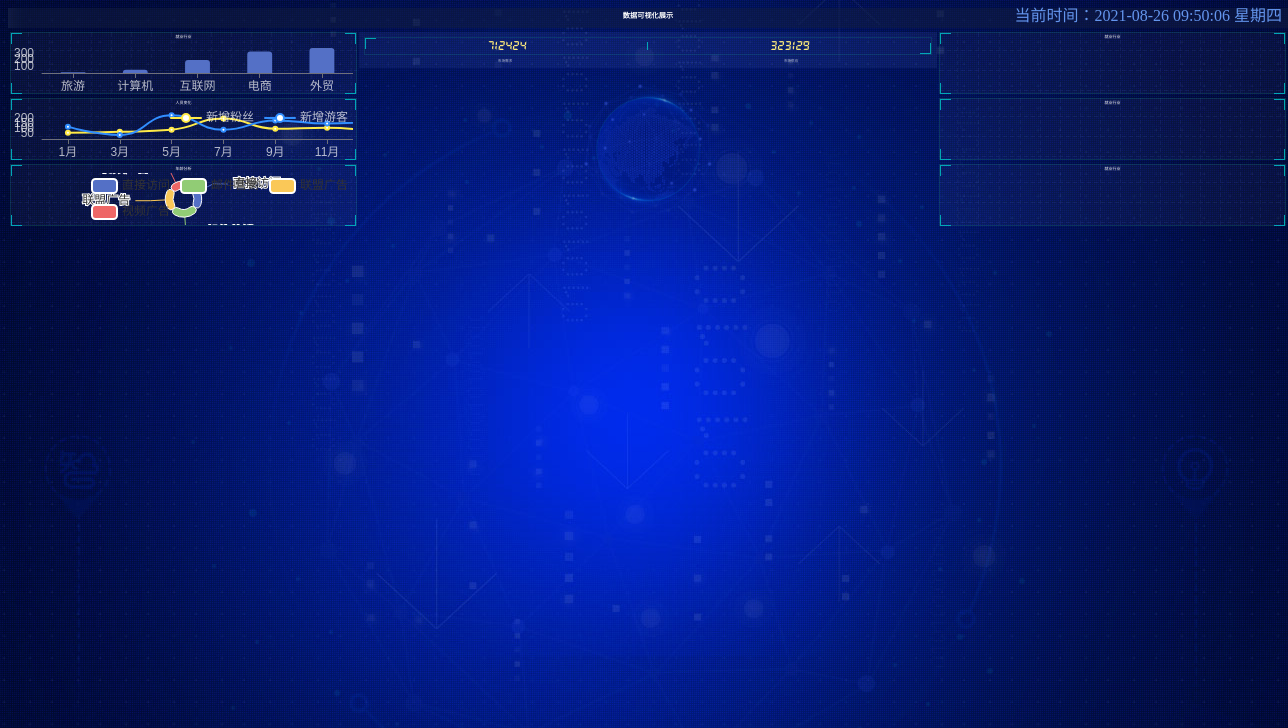
Repository: jiang-1990/DataVM
Page: /
These files come from the project's save history. The page is drawn as it stood at one moment and after the next save; the edit follows.
The browser window is 1280 px wide. The page is 1288 px wide, so the pictures cover 1288 px, including what lies to the right of the window. The pictures show the whole page.
The project was rebuilt for these pictures with package versions that can differ from the ones it lists, and the page was loaded fresh each time.

Above is the page before, as saved 2021-08-27 15:18:51.

### index.html
<!DOCTYPE html>
<html>
  <head>
    <meta charset="utf-8">
    <meta name="viewport" content="width=device-width,initial-scale=1.0">
    <title>mydatam</title>
  </head>
  <body>
    <div id="app"></div>
    <!-- built files will be auto injected -->
  </body>
</html>

### src/main.js
// The Vue build version to load with the `import` command
// (runtime-only or standalone) has been set in webpack.base.conf with an alias.
import Vue from 'vue'
import App from './App'
import router from './router'
import 'lib-flexible/flexible.js'
//声明字体
import './font/font.css'

Vue.config.productionTip = false

/* eslint-disable no-new */
new Vue({
  el: '#app',
  router,
  components: { App },
  template: '<App/>'
})

### src/App.vue
<template>
  <div id="app">
    <router-view/>
  </div>
</template>

<script>
export default {
  name: 'App'
}
</script>

<style>
body{
  background-image: url('assets/bg.jpg') ;
  background-Repeat : 'no-repeat';
  background-Size : '100% 100%';
  background-position: center;/* 背景图随屏幕尺寸变化 背景图两边隐藏 图片不压缩 */
}
html,body {
  width: 100%;
  height: 100%;
}

</style>

### src/router/index.js
import Vue from 'vue'
import Router from 'vue-router'
import bigScreen from '@/components/bigScreen'

Vue.use(Router)

export default new Router({
  routes: [
    {
      path: '/',
      name: 'bigScreen',
      component: bigScreen
    }
  ]
})

### src/font/font.css
 /* 声明字体 */
@font-face {
    font-family: 'electronicFont';
    src: url(./DS-DIGIT.ttf);
}

### src/components/bigScreen.vue
<template>
  <div>
    <div class="top">
      <h1>数据可视化展示</h1>
      <span class="time">当前时间：{{ date | dateFormat }}</span>
    </div>
    <div class="mainBox">
      <div class="culonm">
        <div class="panl bar">
          <h2>就业行业</h2>
          <div class="chart" id="bar_l"></div>
          <div class="zhuanjiao"></div>
        </div>

        <div class="panl line">
          <h2>人员变化</h2>
          <div class="chart" id="line_l"></div>
          <div class="zhuanjiao"></div>
        </div>

        <div class="panl pie">
          <h2>年龄分析</h2>
          <div class="chart" id="pie_l"></div>
          <div class="zhuanjiao"></div>
        </div>
      </div>
      <div class="culonm">
        <div class="num">
          <div class="num-hd">
            <ul>
              <li>712424</li>
              <li>323129</li>
            </ul>
          </div>
          <div class="num-bd">
            <ul>
              <li>市场需求</li>
              <li>市场供应</li>
            </ul>
          </div>
        </div>
        <div class="map">
          <div class="map1"></div>
          <div class="map2"></div>
          <div class="map3"></div>
          <div class="chart"></div>
        </div>
      </div>
      <div class="culonm">
        <div class="panl bar">
          <h2>就业行业</h2>
          <div class="chart"></div>
          <div class="zhuanjiao"></div>
        </div>

        <div class="panl line">
          <h2>就业行业</h2>
          <div class="chart"></div>
          <div class="zhuanjiao"></div>
        </div>

        <div class="panl pie">
          <h2>就业行业</h2>
          <div class="chart"></div>
          <div class="zhuanjiao"></div>
        </div>
      </div>
    </div>
    <!-- <div id="myChart" style="width:1920px; height: 400px;"></div> -->
  </div>
</template>

<script>
// 引入echarts
var echarts = require("echarts");
export default {
  data() {
    return {
      date: new Date(), //当前日期
    };
  },
  // 定义一个局部的过滤器，格式化当前时间
  filters: {
    dateFormat: (dateTime) => {
      var now = new Date(dateTime);
      var y = now.getFullYear();
      var m = (now.getMonth() + 1).toString().padStart(2, "0");
      var d = now.getDate().toString().padStart(2, "0");
      var hh = now.getHours().toString().padStart(2, "0");
      var mm = now.getMinutes().toString().padStart(2, "0");
      var ss = now.getSeconds().toString().padStart(2, "0");
      let week = now.getDay(); // 星期
      let weekArr = [
        "星期日",
        "星期一",
        "星期二",
        "星期三",
        "星期四",
        "星期五",
        "星期六",
      ];
      // 过滤器中要有返回值
      return `${y}-${m}-${d} ${hh}:${mm}:${ss} ${weekArr[week]}`;
    },
  },
  mounted() {
    this.createchartPie_l();
    this.createchartLine_l();
    this.createchartBar_l();
    var _this = this;
    this.timer = setInterval(() => {
      _this.date = new Date(); // 修改日期数据
    }, 1000);
  },
  created() {},
  methods: {
    createchartPie_l() {
      const myChart = echarts.init(document.getElementById("pie_l"));
      const option = {
        tooltip: {
          trigger: "item",
        },
        legend: {
          top: "0",
          right: "0",
        },
        series: [
          {
            name: "访问来源",
            type: "pie",
            radius: ["40%", "70%"],
            avoidLabelOverlap: false,
            itemStyle: {
              borderRadius: 4,
              borderColor: "#fff",
              borderWidth: 1,
            },

            emphasis: {
              label: {
                show: true,
                fontSize: "12",
              },
            },
            labelLine: {
              show: true,
            },
            data: [
              { value: 735, name: "直接访问" },
              { value: 580, name: "邮件营销" },
              { value: 484, name: "联盟广告" },
              { value: 300, name: "视频广告" },
            ],
          },
        ],
      };
      myChart.setOption(option);
    },
    createchartBar_l() {
      var myChart = echarts.init(document.getElementById("bar_l"));
      var option;
      option = {
        tooltip: {
          trigger: "axis",
          axisPointer: {
            // 坐标轴指示器，坐标轴触发有效
            type: "shadow", // 默认为直线，可选为：'line' | 'shadow'
          },
          backgroundColor: "rgba(0,21,49, 0.7)", //通过设置rgba调节背景颜色与透明度
          borderWidth: 0,
          textStyle: {
            color: "#fff",
          },
        },
        grid: {
          left: "0%",
          right: "0%",
          bottom: "0%",
          top: "12%",
          containLabel: true,
        },

        xAxis: [
          {
            type: "category",
            data: ["旅游", "计算机", "互联网", "电商", "外贸"],
            axisTick: {
              alignWithLabel: true,
            },
            splitLine: {
              show: false,
            },
            axisLabel: {
              color: "rgba(255,255,255, 0.7)",
            },
          },
        ],
        yAxis: [
          {
            type: "value",
            splitLine: {
              show: false,
            },
            axisLabel: {
              color: "rgba(255,255,255, 0.7)",
            },
          },
        ],
        series: [
          {
            name: "直接访问",
            type: "bar",
            barWidth: "40%",
            data: [10, 52, 200, 334, 390],
            itemStyle: {
              borderRadius: [3, 3, 0, 0],
            },
          },
        ],
      };
      myChart.setOption(option);
    },
    createchartLine_l() {
      var myChart = echarts.init(document.getElementById("line_l"));
      console.log(myChart);
      var option = {
        tooltip: {
          trigger: "axis",
          backgroundColor: "rgba(0,21,49, 0.7)", //通过设置rgba调节背景颜色与透明度
          borderWidth: 0,
          textStyle: {
            color: "#fff",
          },
        },
        legend: {
          data: ["新增粉丝", "新增游客"],
          right: 0,
          itemStyle: {
            borderWidth: 0,
          },
          itemWidth: 30,
          itemHeight: 10,
          lineStyle: {
            cap: "round",
          },

          textStyle: {
            color: "rgba(255,255,255, 0.7)",
            fontSize: "12",
          },
        },
        grid: {
          left: "0%",
          right: "0%",
          bottom: "0%",
          top: "12%",
          containLabel: true,
        },

        xAxis: [
          {
            type: "category",
            data: ["1月", "3月", "5月", "7月", "9月", "11月"],
            axisTick: {
              alignWithLabel: true,
            },
            splitLine: {
              show: false,
            },
            axisLabel: {
              color: "rgba(255,255,255, 0.7)",
            },
          },
        ],
        yAxis: [
          {
            type: "value",
            splitLine: {
              show: false,
            },
            axisLabel: {
              color: "rgba(255,255,255, 0.7)",
            },
          },
        ],
        series: [
          {
            name: "新增粉丝",
            type: "line",
            smooth: true,
            data: [60, 70, 90, 200, 100, 110, 60],
            itemStyle: {
              normal: {
                color: "#ffea48", //折线点的颜色
                lineStyle: {
                  color: "#ffea48", //折线的颜色
                },
              },
            },
          },
          {
            name: "新增游客",
            type: "line",
            smooth: true,
            data: [120, 40, 230, 90, 180, 150, 180],
            itemStyle: {
              normal: {
                color: "#318eff", //折线点的颜色
                lineStyle: {
                  color: "#318eff", //折线的颜色
                },
              },
            },
          },
        ],
      };
      myChart.setOption(option);
    },
  },
};
</script>

<style scoped>
@import "../css/bigScreen.css";
</style>

### src/css/bigScreen.css
* {
  margin: 0;
  padding: 0;
  box-sizing: border-box;
}
li {
  list-style-type: none;
}
.top {
  height: 1.25rem;
  background: url(../assets/head_bg.png) no-repeat;
  box-sizing: 100% 100%;
  position: relative;
}
.top h1 {
  font-size: 0.45rem;
  line-height: 1rem;
  color: #ffffff;
  text-align: center;
}
.top .time {
  line-height: 0.9375rem;
  position: absolute;
  right: 0.375rem;
  top: 0;
  color: cornflowerblue;
}
.mainBox {
  min-width: 1024px;
  max-width: 1920px;
  margin: 0 auto;
  display: flex;
  padding: 0.25rem 0.125rem 0;
}
.mainBox .culonm {
  flex: 3;
}
.mainBox .culonm:nth-child(2) {
  flex: 5;
  margin: 0 0.125rem 0.1875rem;
}
.mainBox .panl {
  position: relative;
  height: 3.875rem;
  border: 0.0125rem solid rgba(25, 186, 139, 0.17);
  background: url(../assets/line.png) rgba(255, 255, 255, 0.03);
  padding: 0 0.1875rem 0.25rem;
  margin-bottom: 0.25rem;
}
.mainBox .panl::before {
  position: absolute;
  top: 0;
  left: 0;
  width: 10px;
  height: 10px;
  border-left: 1px solid #02a6b5;
  border-top: 1px solid #02a6b5;
  content: "";
}
.mainBox .panl::after {
  position: absolute;
  top: 0;
  right: 0;
  width: 10px;
  height: 10px;
  border-right: 1px solid #02a6b5;
  border-top: 1px solid #02a6b5;
  content: "";
}
.mainBox .panl .zhuanjiao {
  width: 100%;
  height: 10px;
  position: absolute;
  bottom: 0px;
  left: 0;
}
.mainBox .panl .zhuanjiao::before {
  position: absolute;
  top: 0;
  left: 0;
  width: 10px;
  height: 10px;
  border-left: 1px solid #02a6b5;
  border-bottom: 1px solid #02a6b5;
  content: "";
}
.mainBox .panl .zhuanjiao::after {
  position: absolute;
  top: 0;
  right: 0;
  width: 10px;
  height: 10px;
  border-right: 1px solid #02a6b5;
  border-bottom: 1px solid #02a6b5;
  content: "";
}
.mainBox .panl h2 {
  font-size: 0.25rem;
  color: #ffffff;
  line-height: 0.5rem;
  text-align: center;
  height: 0.5rem;
  font-weight: 400;
}
.mainBox .panl .chart {
  height: 3.25rem;
}
.mainBox .num {
  background: rgba(101, 132, 226, 0.1);
  padding: 0.1875rem;
}
.mainBox .num .num-hd {
  position: relative;
  margin: 0.125rem;
  border: 1px solid rgba(25, 186, 139, 0.17);
}
.mainBox .num .num-hd::before {
  position: absolute;
  top: 0;
  left: 0;
  width: 10px;
  height: 10px;
  border-left: 1px solid #02a6b5;
  border-top: 1px solid #02a6b5;
  content: "";
}
.mainBox .num .num-hd::after {
  position: absolute;
  bottom: 0;
  right: 0;
  width: 10px;
  height: 10px;
  border-right: 1px solid #02a6b5;
  border-bottom: 1px solid #02a6b5;
  content: "";
}
.mainBox .num .num-hd ul {
  display: flex;
}
.mainBox .num .num-hd ul li {
  flex: 1;
  line-height: 1rem;
  font-size: 0.875rem;
  color: #ffeb7b;
  text-align: center;
  font-family: electronicFont;
}
.mainBox .num .num-hd ul li:nth-child(1) {
  position: relative;
}
.mainBox .num .num-hd ul li:nth-child(1)::after {
  position: absolute;
  top: 25%;
  right: 0;
  height: 50%;
  border-right: 1px solid #02a6b5;
  content: "";
}
.mainBox .num .num-bd {
  position: relative;
}
.mainBox .num .num-bd ul {
  display: flex;
}
.mainBox .num .num-bd ul li {
  flex: 1;
  line-height: 0.5rem;
  font-size: 0.225rem;
  color: rgba(255, 255, 255, 0.7);
  text-align: center;
}
.mainBox .map {
  height: 10.125rem;
  position: relative;
}
.mainBox .map .map1 {
  width: 6.475rem;
  height: 6.475rem;
  position: absolute;
  top: 50%;
  left: 50%;
  transform: translate(-50%, -50%);
  background: url(../assets/map.png);
  background-size: 100% 100%;
  opacity: 0.3;
}
.mainBox .map .map2 {
  width: 8.0375rem;
  height: 8.0375rem;
  position: absolute;
  top: 50%;
  left: 50%;
  transform: translate(-50%, -50%);
  background: url(../assets/lbx.png);
  background-size: 100% 100%;
  animation: rotatel1 20s linear infinite;
  opacity: 0.6;
}
@keyframes rotatel1 {
  from {
    transform: translate(-50%, -50%) rotate(0deg);
  }
  to {
    transform: translate(-50%, -50%) rotate(360deg);
  }
}
.mainBox .map .map3 {
  width: 7.075rem;
  height: 7.075rem;
  position: absolute;
  top: 50%;
  left: 50%;
  transform: translate(-50%, -50%);
  background: url(../assets/jt.png);
  background-size: 100% 100%;
  animation: rotatel2 15s linear infinite;
  opacity: 0.6;
}
@keyframes rotatel2 {
  from {
    transform: translate(-50%, -50%) rotate(0deg);
  }
  to {
    transform: translate(-50%, -50%) rotate(-360deg);
  }
}
.mainBox .map .chart {
  height: 10.125rem;
}

After the next save:
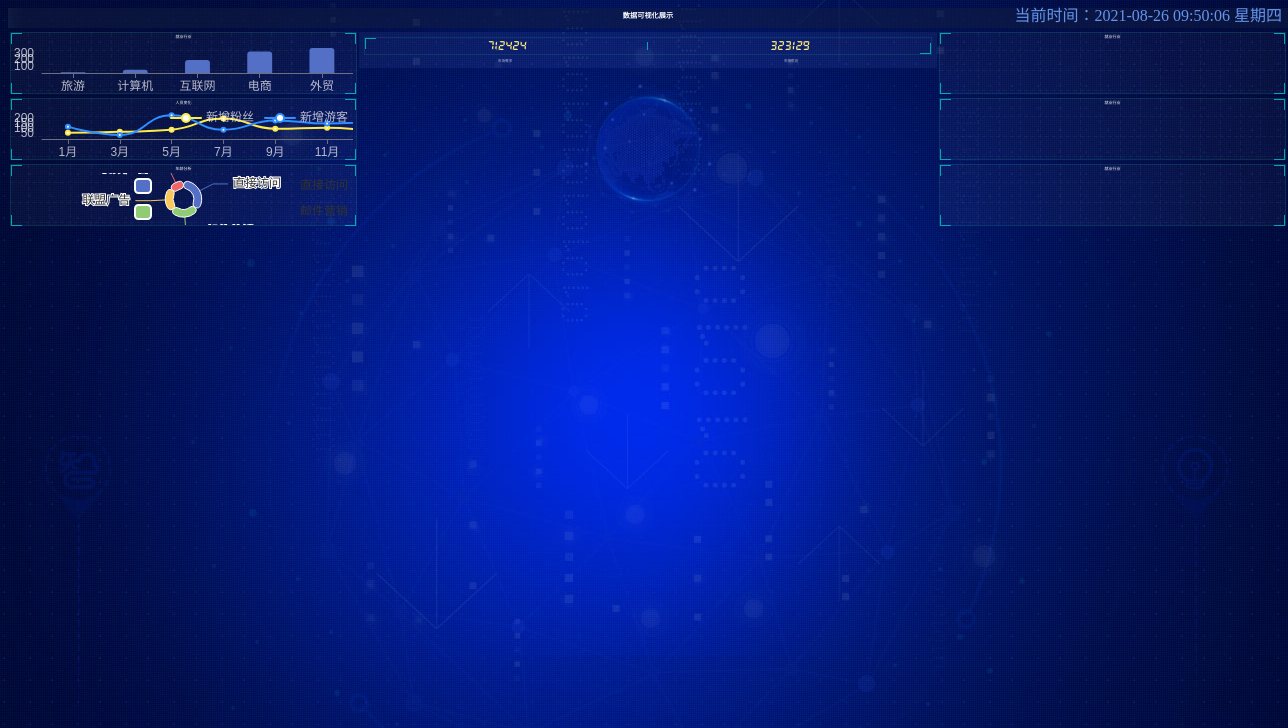
Saved 4 min 43 s later.
--- a/src/components/bigScreen.vue
+++ b/src/components/bigScreen.vue
@@ -123,6 +123,7 @@ export default {
         legend: {
           top: "0",
           right: "0",
+          itemWidth :"16",
         },
         series: [
           {
